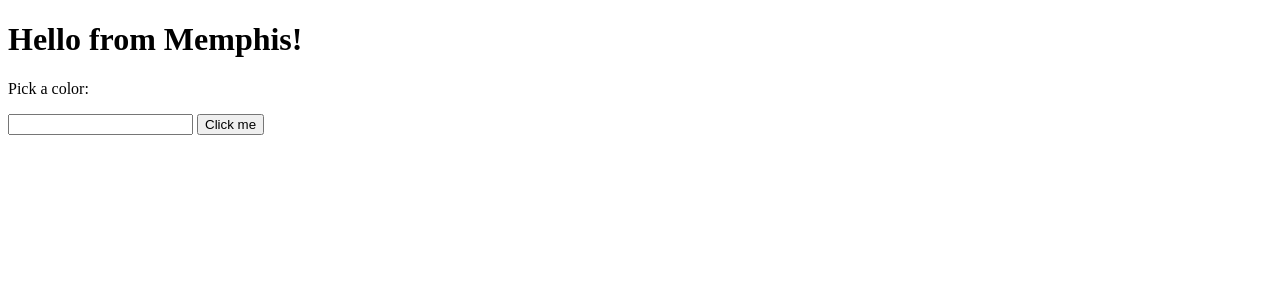
Repository: willclem1/willclem1.github.io
Page: index.html
The author's editor kept a record of every edit. The page is drawn from the files as they stood at one moment, then again after the next edit.
The browser window is 1280 px wide. The pictures show the whole page.

Above is the page before.

After the next edit:
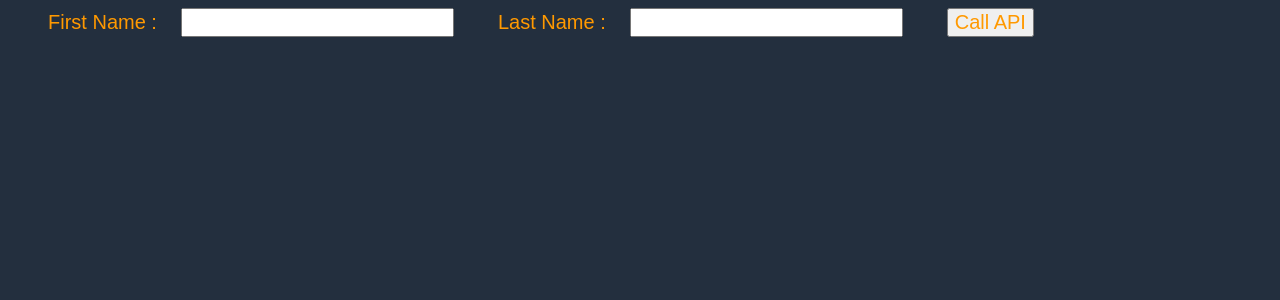
The edit:
--- a/index.html
+++ b/index.html
@@ -1,25 +1,57 @@
 <!DOCTYPE html>
-<html>
-    <body>
-        <h1 id="header">Hello from Memphis!</h1>
-        <p>Pick a color:</p>
-        <input type="text" id="inp"/>
-        <button onclick="pressed()">Click me</button>
-
-        <script type="text/javascript">
-           function pressed(){
-               let text = document.getElementById("inp").value;
-               if (text === "red"){
-                   document.getElementById("header").style.color = "red";
-               } else if (text ==="blue"){
-                   document.getElementById("header").style.color = "blue";
-               } else if (text ==="green"){
-                   document.getElementById("header").style.color = "green";
-               } else {
-                   document.getElementById("header").style.color = "black";
-               }
-           }
-
-        </script>
-    </body>
+<head>
+    <meta charset="UTF-8">
+    <title>Hello World</title>
+    <!-- Add some CSS to change client UI -->
+    <style>
+    body {
+        background-color: #232F3E;
+        }
+    label, button {
+        color: #FF9900;
+        font-family: Arial, Helvetica, sans-serif;
+        font-size: 20px;
+        margin-left: 40px;
+        }
+     input {
+        color: #232F3E;
+        font-family: Arial, Helvetica, sans-serif;
+        font-size: 20px;
+        margin-left: 20px;
+        }
+    </style>
+    <script>
+        // define the callAPI function that takes a first name and last name as parameters
+        var callAPI = (firstName,lastName)=>{
+            // instantiate a headers object
+            var myHeaders = new Headers();
+            // add content type header to object
+            myHeaders.append("Content-Type", "application/json");
+            // using built in JSON utility package turn object to string and store in a variable
+            var raw = JSON.stringify({"firstName":firstName,"lastName":lastName});
+            // create a JSON object with parameters for API call and store in a variable
+            var requestOptions = {
+                method: 'POST',
+                headers: myHeaders,
+                body: raw,
+                redirect: 'follow'
+            };
+            // make API call with parameters and use promises to get response
+            fetch("YOUR-API-INVOKE-URL", requestOptions)
+            .then(response => response.text())
+            .then(result => alert(JSON.parse(result).body))
+            .catch(error => console.log('error', error));
+        }
+    </script>
+</head>
+<body>
+    <form>
+        <label>First Name :</label>
+        <input type="text" id="fName">
+        <label>Last Name :</label>
+        <input type="text" id="lName">
+        <!-- set button onClick method to call function we defined passing input values as parameters -->
+        <button type="button" onclick="callAPI(document.getElementById('fName').value,document.getElementById('lName').value)">Call API</button>
+    </form>
+</body>
 </html>
